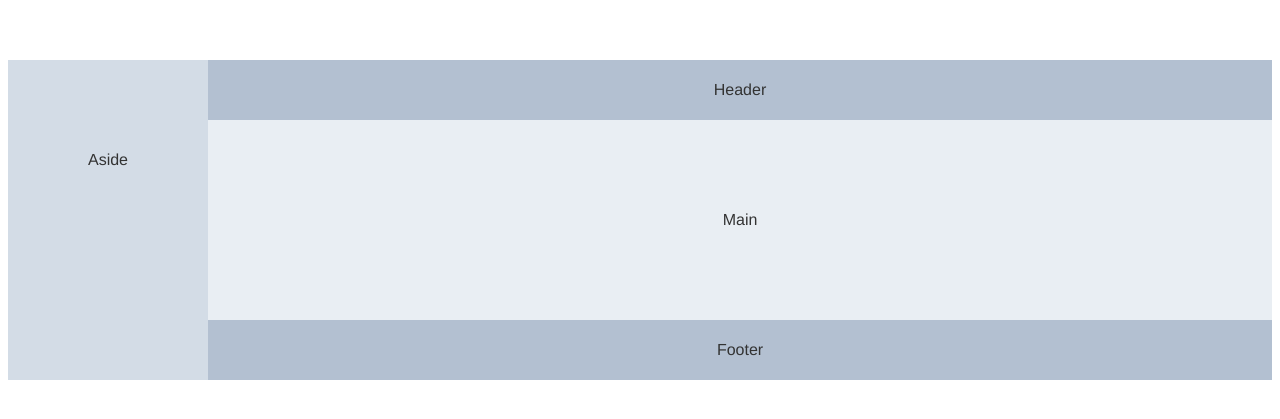
Repository: ZhengYJJ/MyTest
Page: /#/home
An editor plug-in stored every save of this project. The page is shown before and after the next save, followed by the edit.
The browser window is 1280 px wide. The pictures show the whole page.
The project was rebuilt for these pictures with package versions that can differ from the ones it lists, and the page was loaded fresh each time. Also part of the build but not shown: src/components/HelloWorld.vue, src/utils/request.js, src/components/Test.vue, src/views/login/login.vue.

Above is the page before, as saved 2021-07-31 11:30:27.

After the next save:
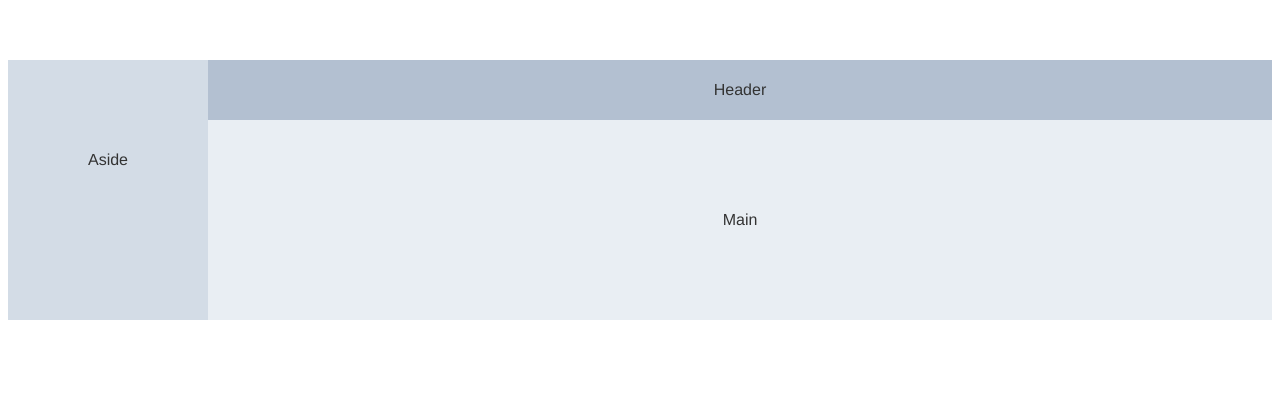
Saved 12 min 25 s later.
--- a/src/views/home/home.vue
+++ b/src/views/home/home.vue
@@ -1,52 +1,50 @@
 <template>
   <el-container>
-  <el-aside width="200px">Aside</el-aside>
-  <el-container>
-    <el-header>Header</el-header>
-    <el-main>Main</el-main>
-    <el-footer>Footer</el-footer>
+    <el-aside width="200px">Aside</el-aside>
+    <el-container>
+      <el-header>Header</el-header>
+      <el-main>Main</el-main>
+    </el-container>
   </el-container>
-</el-container>
 </template>
 
 <script>
-export default {
-
-}
+export default {};
 </script>
 
 <style scoped>
-.el-header, .el-footer {
-    background-color: #B3C0D1;
-    color: #333;
-    text-align: center;
-    line-height: 60px;
-  }
+.el-header,
+.el-footer {
+  background-color: #b3c0d1;
+  color: #333;
+  text-align: center;
+  line-height: 60px;
+}
 
-  .el-aside {
-    background-color: #D3DCE6;
-    color: #333;
-    text-align: center;
-    line-height: 200px;
-  }
+.el-aside {
+  background-color: #d3dce6;
+  color: #333;
+  text-align: center;
+  line-height: 200px;
+}
 
-  .el-main {
-    background-color: #E9EEF3;
-    color: #333;
-    text-align: center;
-    line-height: 160px;
-  }
+.el-main {
+  background-color: #e9eef3;
+  color: #333;
+  text-align: center;
+  line-height: 160px;
+}
 
-  body > .el-container {
-    margin-bottom: 40px;
-  }
+body > .el-container {
+  margin-bottom: 40px;
+}
 
-  .el-container:nth-child(5) .el-aside,
-  .el-container:nth-child(6) .el-aside {
-    line-height: 260px;
-  }
+.el-container:nth-child(5) .el-aside,
+.el-container:nth-child(6) .el-aside {
+  line-height: 260px;
+}
 
-  .el-container:nth-child(7) .el-aside {
-    line-height: 320px;
-  }
+.el-container:nth-child(7) .el-aside {
+  line-height: 320px;
+}
 </style>
